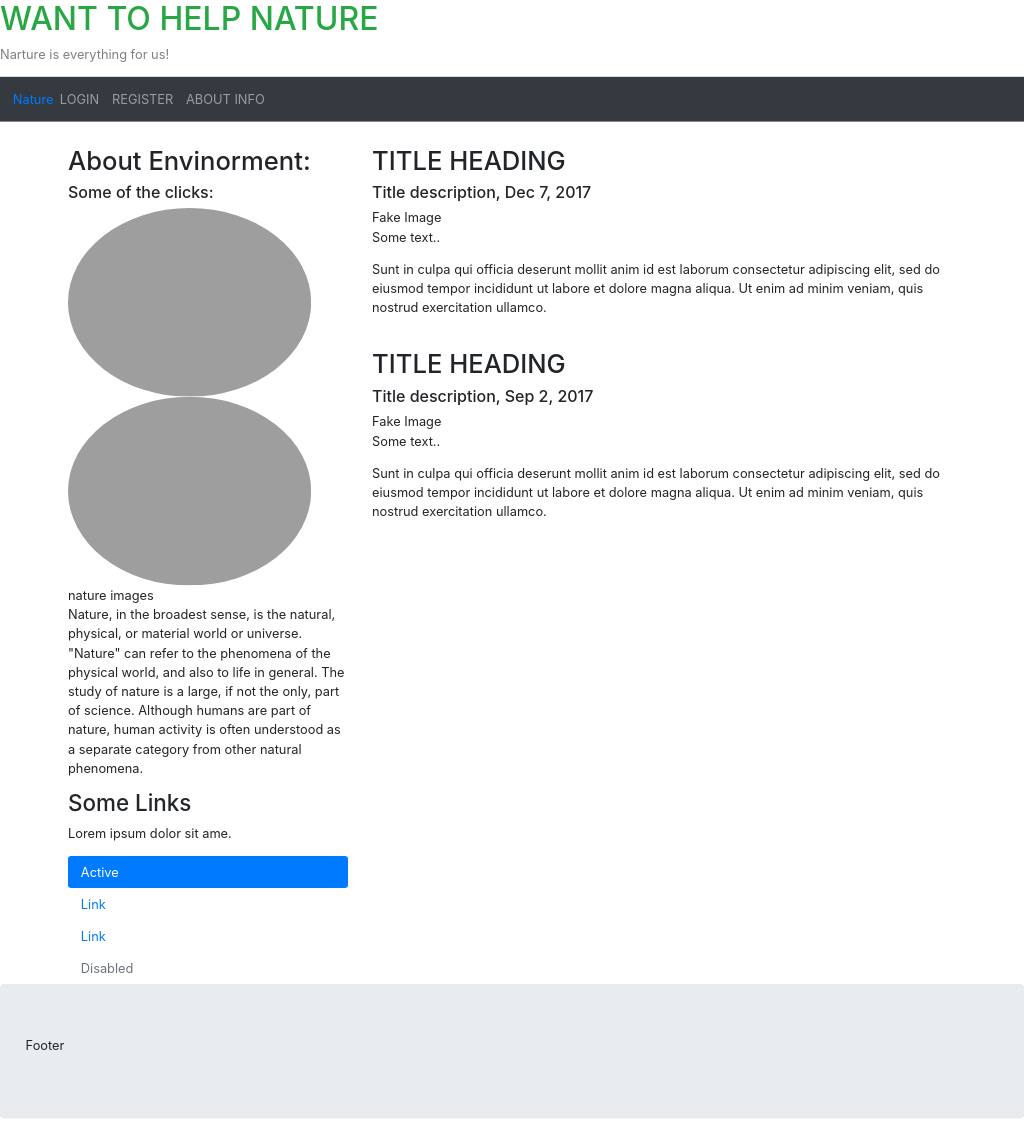
Repository: Apoorvasuswaram/cts
Page: appu/WebContent/main.html
An editor plug-in stored every save of this project. The page is shown before and after the next save, followed by the edit.
The browser window is 1280 px wide. The pictures show the whole page, at 80% of full size.
Pictures or frames that could not be fetched are drawn as grey boxes.

Above is the page before, as saved 2020-01-18 11:59:46.

### appu/WebContent/main.html
<!DOCTYPE html>
<html lang="en">
<head>
  <title>WANT TO HELP NATURE</title>
  <meta charset="utf-8">
  <meta name="viewport" content="width=device-width, initial-scale=1">
  <link rel="stylesheet" href="https://maxcdn.bootstrapcdn.com/bootstrap/4.4.1/css/bootstrap.min.css">
  <script src="https://ajax.googleapis.com/ajax/libs/jquery/3.4.1/jquery.min.js"></script>
  <script src="https://cdnjs.cloudflare.com/ajax/libs/popper.js/1.16.0/umd/popper.min.js"></script>
  <script src="https://maxcdn.bootstrapcdn.com/bootstrap/4.4.1/js/bootstrap.min.js"></script>
  <style>
  .fakeimg{
  .rounded_circle {
  <img src="beautiful.jpg" class="rounded-circle" alt="Nature" width="304" height="236">
    height: 200px;
    background: #aaa;
  }
  }
  </style>
</head>
<body>

<div class="text-black-50" class="jumbotron text-center text-danger" style="margin-bottom:10" >
  <h1 class="text-success">WANT TO HELP NATURE</h1>
  <p>Narture is everything for us!</p>
</div>

<nav class="navbar navbar-expand-sm bg-dark navbar-dark">
  <a class="nature" href="https://www.nature.com/">Nature</a>
  <button class="navbar-toggler" type="button" data-toggle="collapse" data-target="#collapsibleNavbar">
    <span class="navbar-toggler-icon"></span>
  </button>
  <div class="collapse navbar-collapse" id="collapsibleNavbar">
    <ul class="navbar-nav">
      <li class="nav-item">
        <a class="nav-link" href="a.html">LOGIN</a>
      </li>
      <li class="nav-item">
        <a class="nav-link" href="b.html">REGISTER</a>
      </li>
      <li class="nav-item">
        <a class="nav-link" href="c.html">ABOUT INFO</a>
      </li>
    </ul>
  </div>
</nav>

<div class="container" style="margin-top:30px">
  <div class="row" >
    <div class="col-sm-4">
      <h2>About Envinorment:</h2>
      <h5>Some of the clicks:</h5>
      <img src="https://encrypted-tbn0.gstatic.com/images?q=tbn:ANd9GcT7phRPxEJ5AdGMS80Z9TYliyJsaAeqdgo7zPae0Abqflge0t0g&s" class="rounded-circle" alt="Nature" width="304" height="236">
      <img src="https://www.theglobeandmail.com/resizer/CiTkf2JIqrKG3C4P3y0PLbf0lqk=/620x0/filters:quality(80)/arc-anglerfish-tgam-prod-tgam.s3.amazonaws.com/public/MFAAGTRQQ5EQNIJ2WEA6DMYO6Q.jpg" class="rounded-circle" alt="Nature1" width="304" height="236">
      <div class="fakeimg">nature images</div>
      <p>Nature, in the broadest sense, is the natural, physical, or material world or universe. "Nature" can refer to the phenomena of the physical world, and also to life in general. The study of nature is a large, if not the only, part of science. Although humans are part of nature, human activity is often understood as a separate category from other natural phenomena.</p>
      <h3>Some Links</h3>
      <p>Lorem ipsum dolor sit ame.</p>
      <ul class="nav nav-pills flex-column">
        <li class="nav-item">
          <a class="nav-link active" href="#">Active</a>
        </li>
        <li class="nav-item">
          <a class="nav-link" href="#">Link</a>
        </li>
        <li class="nav-item">
          <a class="nav-link" href="#">Link</a>
        </li>
        <li class="nav-item">
          <a class="nav-link disabled" href="#">Disabled</a>
        </li>
      </ul>
      <hr class="d-sm-none">
    </div>
    <div class="col-sm-8">
      <h2>TITLE HEADING</h2>
      <h5>Title description, Dec 7, 2017</h5>
      <div class="fakeimg">Fake Image</div>
      <p>Some text..</p>
      <p>Sunt in culpa qui officia deserunt mollit anim id est laborum consectetur adipiscing elit, sed do eiusmod tempor incididunt ut labore et dolore magna aliqua. Ut enim ad minim veniam, quis nostrud exercitation ullamco.</p>
      <br>
      <h2>TITLE HEADING</h2>
      <h5>Title description, Sep 2, 2017</h5>
      <div class="fakeimg">Fake Image</div>
      <p>Some text..</p>
      <p>Sunt in culpa qui officia deserunt mollit anim id est laborum consectetur adipiscing elit, sed do eiusmod tempor incididunt ut labore et dolore magna aliqua. Ut enim ad minim veniam, quis nostrud exercitation ullamco.</p>
    </div>
  </div>
</div>

<div class="jumbotron" style="margin-top:10">
  <p>Footer</p>
</div>

</body>
</html>

After the next save:
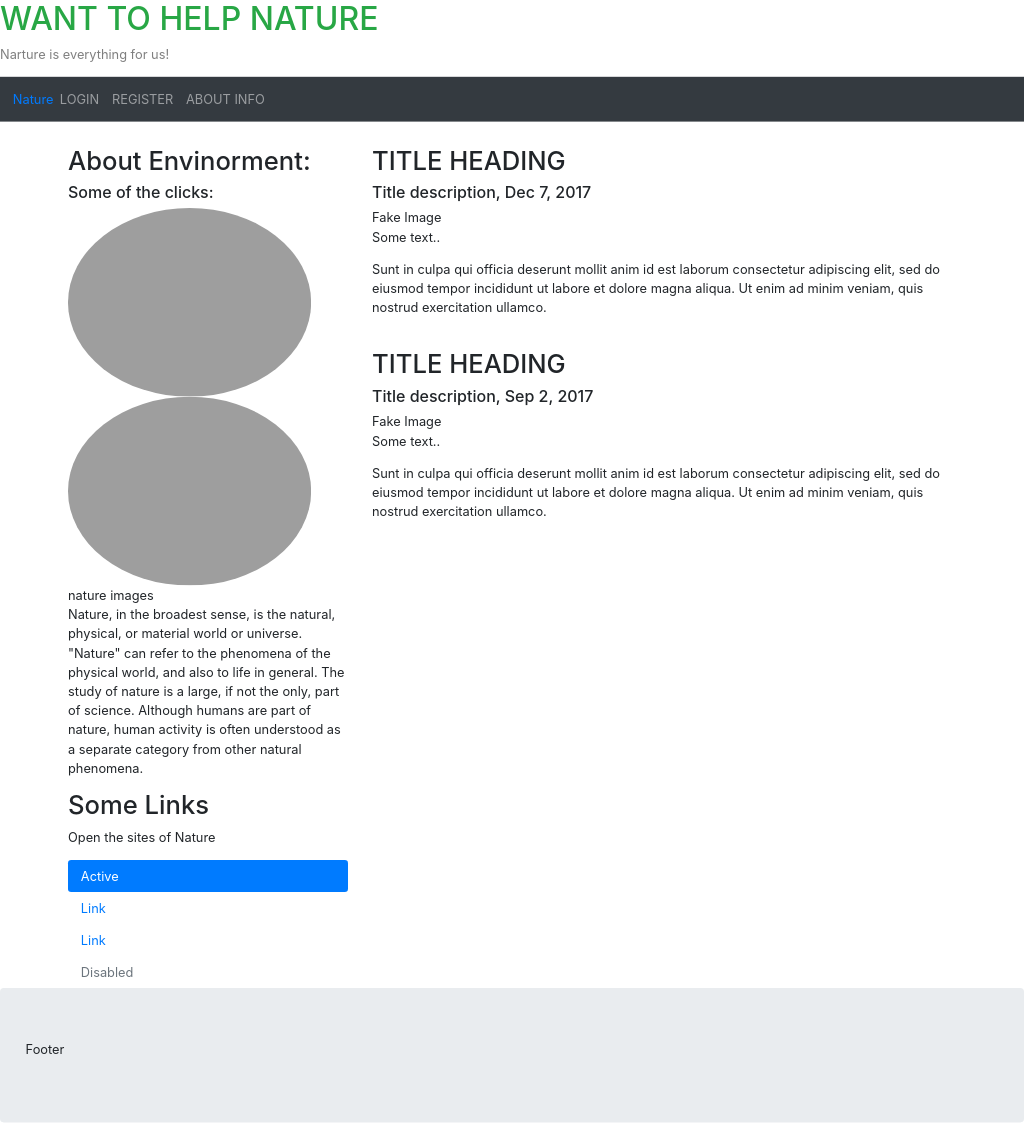
Saved 26 s later.
--- a/appu/WebContent/main.html
+++ b/appu/WebContent/main.html
@@ -54,8 +54,8 @@
       <img src="https://www.theglobeandmail.com/resizer/CiTkf2JIqrKG3C4P3y0PLbf0lqk=/620x0/filters:quality(80)/arc-anglerfish-tgam-prod-tgam.s3.amazonaws.com/public/MFAAGTRQQ5EQNIJ2WEA6DMYO6Q.jpg" class="rounded-circle" alt="Nature1" width="304" height="236">
       <div class="fakeimg">nature images</div>
       <p>Nature, in the broadest sense, is the natural, physical, or material world or universe. "Nature" can refer to the phenomena of the physical world, and also to life in general. The study of nature is a large, if not the only, part of science. Although humans are part of nature, human activity is often understood as a separate category from other natural phenomena.</p>
-      <h3>Some Links</h3>
-      <p>Lorem ipsum dolor sit ame.</p>
+      <h2>Some Links</h2>
+      <p>Open the sites of Nature</p>
       <ul class="nav nav-pills flex-column">
         <li class="nav-item">
           <a class="nav-link active" href="#">Active</a>
